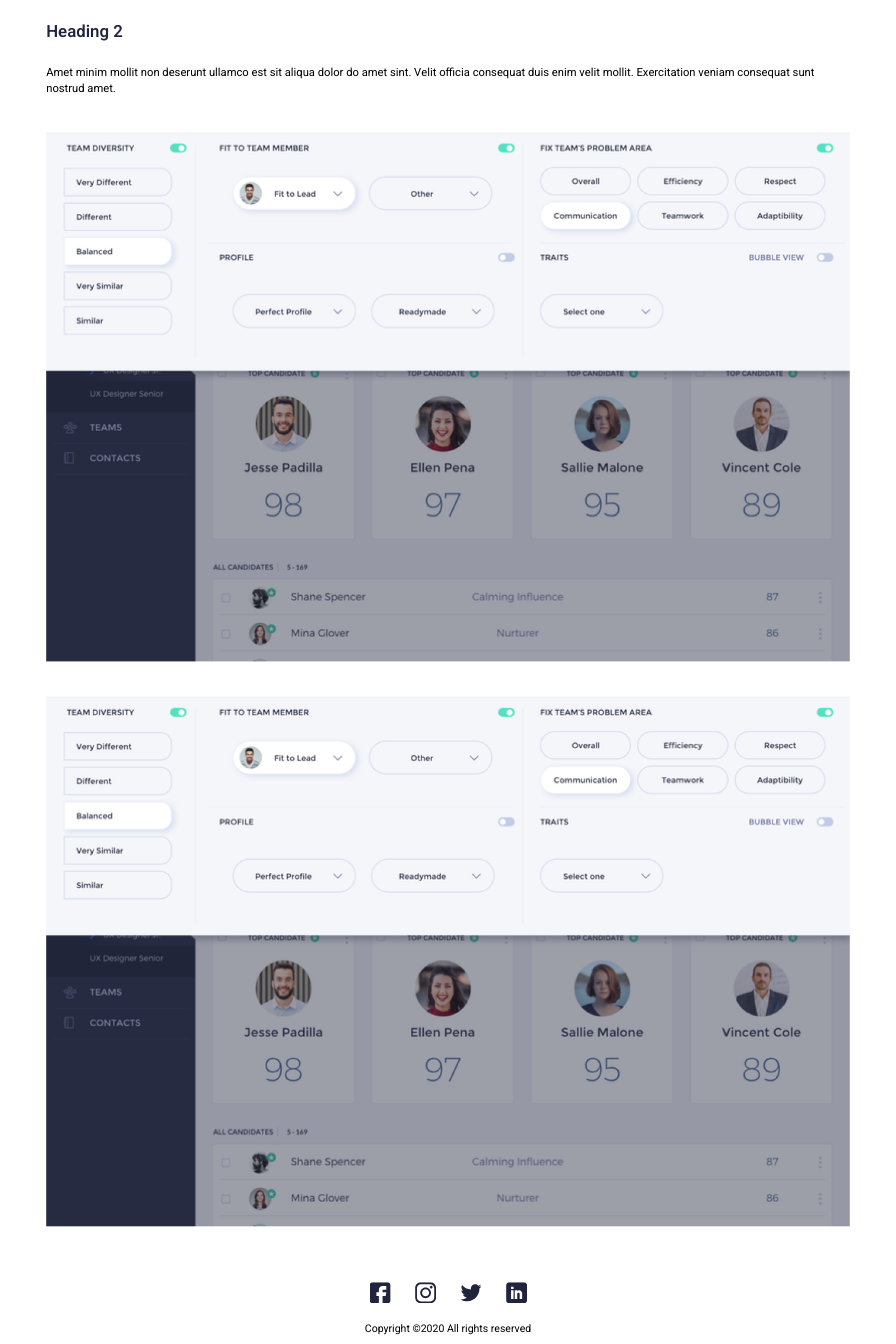
Repository: sharma171/portfolio
Page: /detailed
The author's editor kept a copy of each file at every save. The page is drawn from the files as they stood at one save, then again after the next save.
The browser window is 1280 px wide. The pictures show the part of the page from y = 1217 to 3137 px (the page is 3176 px tall), at 70% of full size.
The project was rebuilt for these pictures with package versions that can differ from the ones it lists, and the page was loaded fresh each time. The framework's server and built-in components were replaced by stand-ins that run in the browser. Also part of the build but not shown: next.config.mjs.

Above is the page before, as saved 2024-06-02 18:05:17.

After the next save:
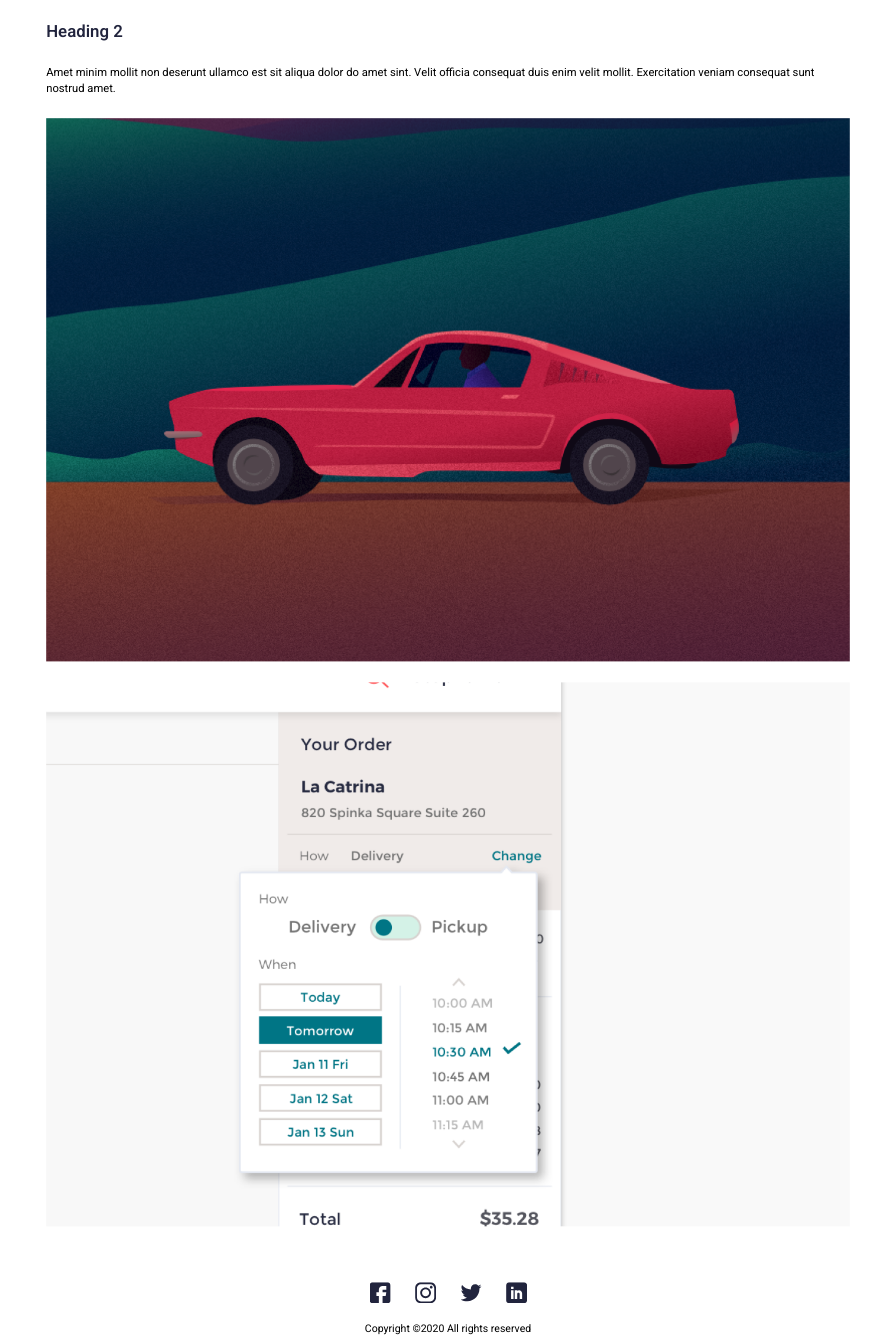
Saved 11 s later.
--- a/src/app/detailed/page.jsx
+++ b/src/app/detailed/page.jsx
@@ -30,8 +30,8 @@ export default function DetailPage() {
                     <p className="subheading">
                         Amet minim mollit non deserunt ullamco est sit aliqua dolor do amet sint. Velit officia consequat duis enim velit mollit. Exercitation veniam consequat sunt nostrud amet.
                     </p>
-                    <Image src={Featured1} alt="featured" className="full-w-thumb" />
-                    <Image src={Featured1} alt="featured" className="full-w-thumb" />
+                    <Image src={Featured2} alt="featured" className="full-w-thumb" />
+                    <Image src={Featured3} alt="featured" className="full-w-thumb" />
                 </div>
             </div>
         </section>
